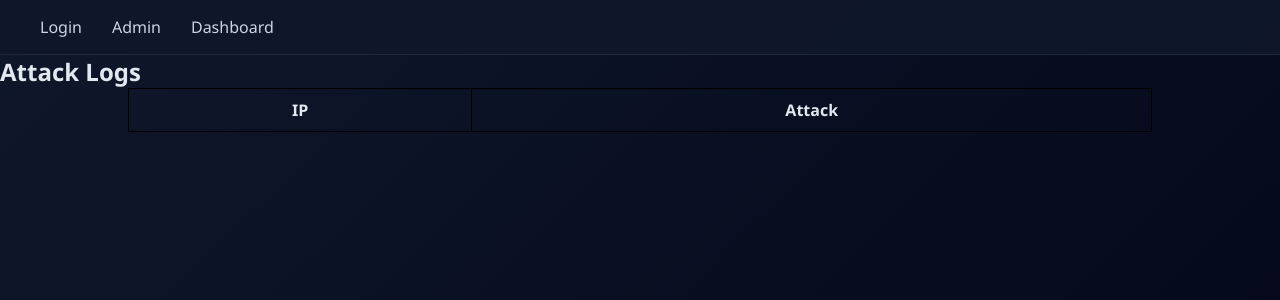
Repository: phanindrareddy2006/Honeypot
Page: /dashboard (app in honeypot-frontend/)
The author's editor kept a copy of each file at every save. The page is drawn from the files as they stood at one save, then again after the next save.
The browser window is 1280 px wide. The pictures show the whole page.
The page's requests for data from a server got no answer. The project was rebuilt for these pictures with package versions that can differ from the ones it lists, and the page was loaded fresh each time. No one was signed in, and anything a server would have sent is missing. Also part of the build but not shown: honeypot-frontend/vite.config.js, honeypot-frontend/src/components/Login.css, honeypot-frontend/src/components/Login.jsx, honeypot-frontend/src/components/Admin.css, honeypot-frontend/src/components/Admin.jsx.

Above is the page before, as saved 2026-02-21 10:30:48.

After the next save:
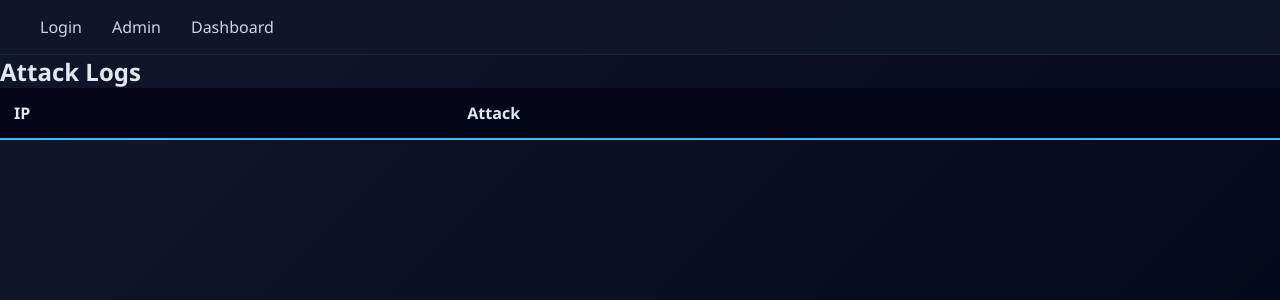
Saved 7 s later.
--- a/honeypot-frontend/src/components/Dashboard.css
+++ b/honeypot-frontend/src/components/Dashboard.css
@@ -1,17 +1,51 @@
-table{
+/* Dashboard.css */
 
-width:80%;
+.dashboard {
 
-margin:auto;
-
-border-collapse:collapse;
+  padding: 40px;
 
 }
 
-th,td{
+.dashboard h2 {
 
-border:1px solid black;
+  margin-bottom: 20px;
 
-padding:10px;
+  color: #38bdf8;
 
 }
+
+table {
+
+  width: 100%;
+
+  border-collapse: collapse;
+
+  background: rgba(15, 23, 42, 0.95);
+
+}
+
+th {
+
+  background: #020617;
+
+  padding: 14px;
+
+  text-align: left;
+
+  border-bottom: 2px solid #38bdf8;
+
+}
+
+td {
+
+  padding: 12px;
+
+  border-bottom: 1px solid #1e293b;
+
+}
+
+tr:hover {
+
+  background: rgba(56, 189, 248, 0.1);
+
+}
